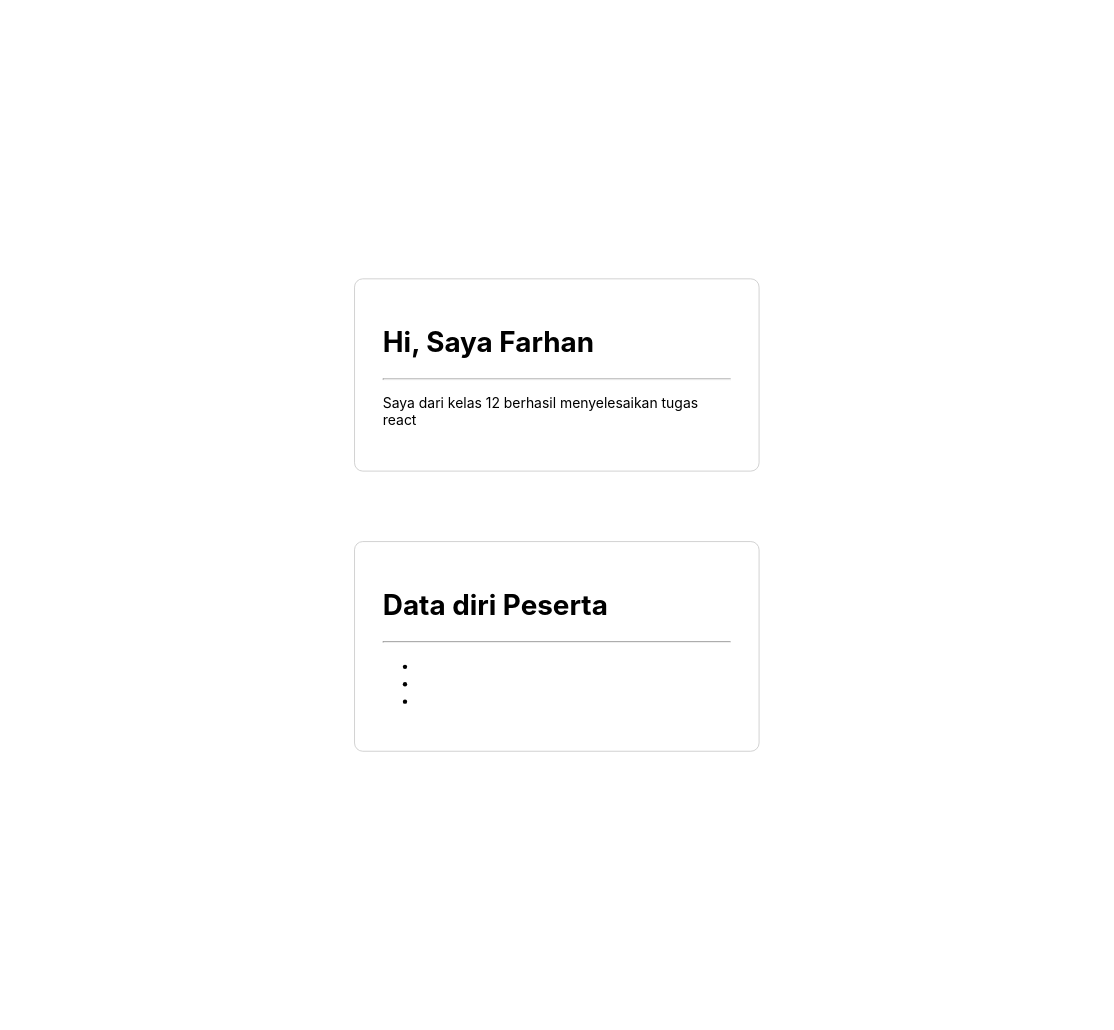
Repository: mfarhannr/Tugas-Reactjs_Farhan
Page: /
The author's editor kept a copy of each file at every save. The page is drawn from the files as they stood at one save, then again after a run of saves.
The browser window is 1280 px wide. The pictures show the whole page, at 87% of full size.
The project was rebuilt for these pictures with package versions that can differ from the ones it lists, and the page was loaded fresh each time.

Above is the page before, as saved 2024-05-03 15:27:15.

### src/App.js
import './App.css';
import Tugas6 from "./tugas6/tugas6";
// import Welcome from "./WelcomeComponent";
import Tugas7 from './tugas7/tugas7';

function App() {
  return (
    <div className="App">
      <div className="Card6">
        <Tugas6 />
      </div>
      <div className="Card7">
        <Tugas7 />
      </div>
    </div>
  );
}

export default App;

### src/App.css
.App {
  padding: 15rem;
}

.Card6 {
  border: 1px solid #ccc;
  border-radius: 10px;
  padding: 2em;
  margin: 5em auto;
  width: 50%;
}

.Card7 {
  border: 1px solid #ccc;
  border-radius: 10px;
  padding: 2em;
  margin: 5em auto;
  width: 50%;
}

.App-logo {
  height: 40vmin;
  pointer-events: none;
}

@media (prefers-reduced-motion: no-preference) {
  .App-logo {
    animation: App-logo-spin infinite 20s linear;
  }
}

.App-header {
  background-color: #282c34;
  min-height: 100vh;
  display: flex;
  flex-direction: column;
  align-items: center;
  justify-content: center;
  font-size: calc(10px + 2vmin);
  color: white;
}

.App-link {
  color: #61dafb;
}

@keyframes App-logo-spin {
  from {
    transform: rotate(0deg);
  }
  to {
    transform: rotate(360deg);
  }
}

### src/tugas6/tugas6.js
import React from "react";

function Tugas6() {
    return (
      <div className="Card1">
        <h1>Hi, Saya Farhan</h1>
        <hr></hr>
        <p>Saya dari kelas 12 berhasil menyelesaikan tugas react</p>
      </div>
    );
}

export default Tugas6;

### src/tugas7/tugas7.js
import React from "react";

function Tugas7() {
  return (
    <div className="Card1">
      <h1>Data diri Peserta </h1>
      <hr></hr>
      <ul>
        <li></li>
        <li></li>
        <li></li>
      </ul>
    </div>
  );
}

export default Tugas7;

Loaded but not shown: public/index.html (common file); src/index.js (common file); src/index.css (common file); src/reportWebVitals.js (common file)

After the next 2 saves:
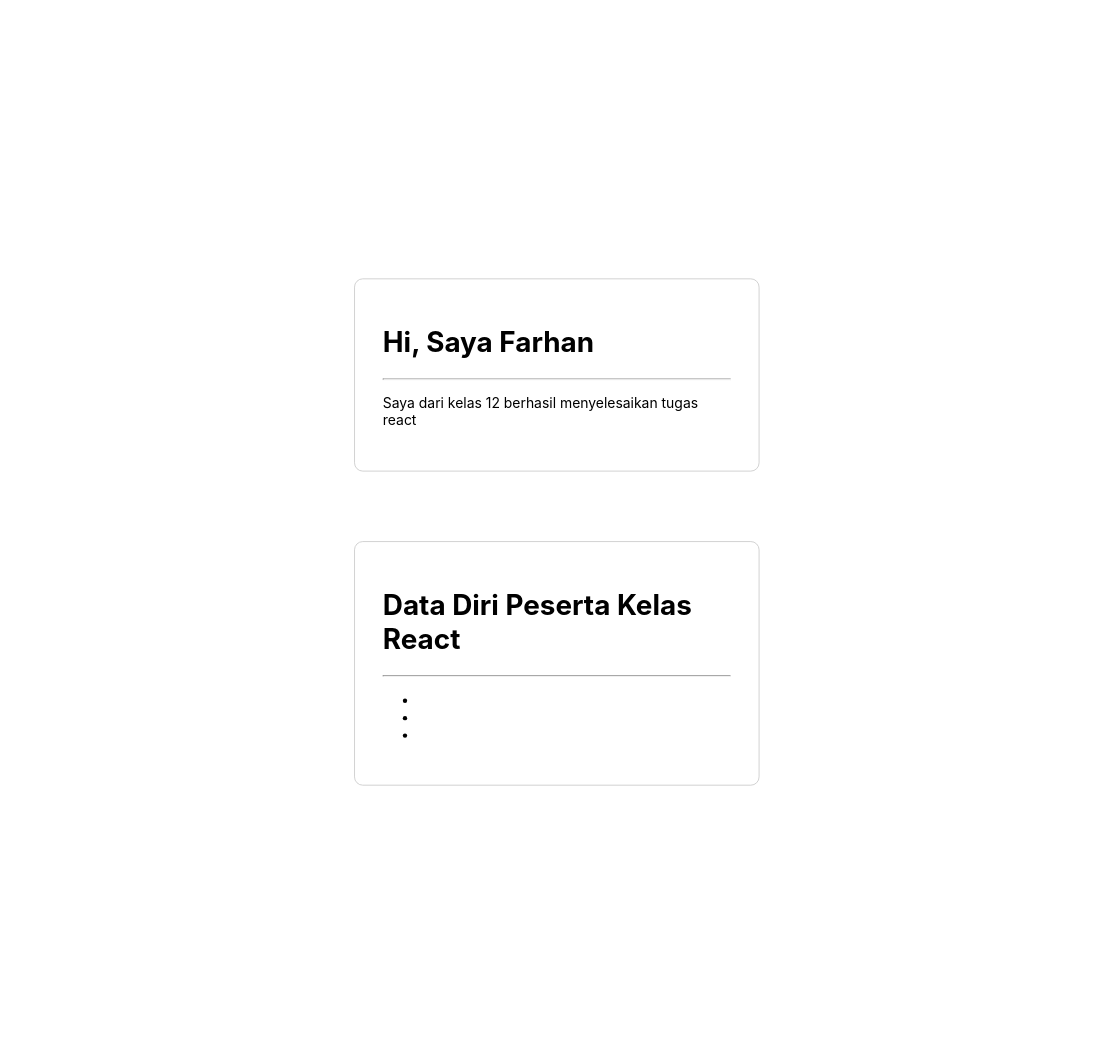
The 2 saves are shown as one change because they came seconds apart.
The last was saved 6 s later.
--- a/src/tugas7/tugas7.js
+++ b/src/tugas7/tugas7.js
@@ -3,7 +3,7 @@ import React from "react";
 function Tugas7() {
   return (
     <div className="Card1">
-      <h1>Data diri Peserta </h1>
+      <h1>Data Diri Peserta Kelas React</h1>
       <hr></hr>
       <ul>
         <li></li>
